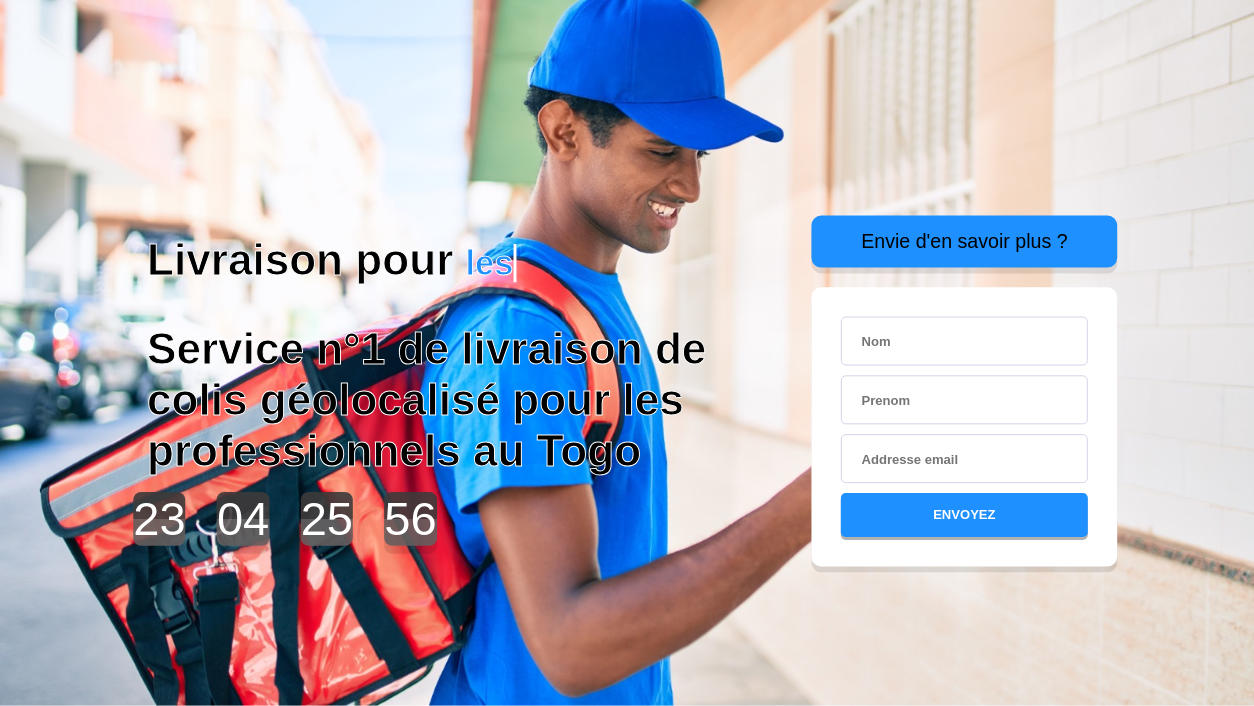
Repository: lawalalao/landpage
Page: index.html
The author's editor kept a copy of each file at every save. The page is drawn from the files as they stood at one save, then again after the next save.
The browser window is 1280 px wide. The pictures show the whole page, at 98% of full size.
Some web fonts or font styles are not loaded; a fallback is used.

Above is the page before, as saved 2021-01-14 17:57:20.
Console error: TypeError: Cannot read properties of null (reading 'addEventListener')

### index.html
<!DOCTYPE html>
<html lang="en">
<head>
    <meta charset="UTF-8">

    <meta name="viewport" content="width=device-width, initial-scale=1.0">
     <link rel="shortcut icon" type="image/x-icon" href="./assets/icone.png">
    <meta http-equiv="refresh" content="30">
    <link rel="preconnect" href="https://fonts.gstatic.com">
    <link href="https://fonts.googleapis.com/css2?family=Allerta+Stencil&display=swap" rel="stylesheet">
    <link rel="stylesheet" href="style.css">
    <title>chapchap</title>
     <meta name="description" content="Service n°1 de livraison de colis géolocalisé pour les professionnels au Togo.comingsoon">
</head>
<body>

        <div class="nav" id="navbar">
            <nav class="navbar navbar-light bg-light">
            <a class="navbar-brand" href="#">
                <img src="./assets/logo.png" width="90" height="90" alt="logo" loading="lazy">
            </a>
            </nav>
        </div>

    <section class="signup">
        <div class="signup-intro">
            <h1 class="z">Livraison pour
                <span class="txt-type" data-wait="500" data-words='["les colis", "les plis", "les marchandises", "le retail", "le dernier Kilometre"]'></span>
            </h1>
            <h1 class="x">Service n°1 de livraison de colis géolocalisé pour les professionnels au Togo</h1>
             <div class="countdown"></div>

        </div>

        <div class="signup-form">
            <div class="tryit-banner">
                <p>Envie d'en savoir plus ? </p>
            </div>

            <form action="https://formspree.io/f/xleollba" method="POST"">
                <input type="text" name="name" placeholder="Nom">
                <input type="text" name="name" placeholder="Prenom">
                <input type="email" name="_replyto"placeholder="Addresse email" required>

                <button class="button">Envoyez</button>

            </form>
        </div>
    </section>
</body>
<script src="./app.js"></script>
<script>  var prevScrollpos = window.pageYOffset;
      window.onscroll = function() {

      var currentScrollpos = window.pageYOffset;
      if(prevScrollpos > currentScrollpos) {
            document.getElementById("navbar").style.top = "0";
      } else {
            document.getElementById("navbar").style.top = "-400px";
      }

      prevScrollpos = currentScrollpos;

      }</script>
</html>

### style.css
body {
    font-family: 'Allerta Stencil',
    sans-serif;
    max-width: 310px;
    margin: 0 auto;
    padding: 20px 20px;
    background: url("./assets/image.jpeg") center no-repeat;
    background-repeat: no-repeat;
    background-size: cover;
    color: Black;
    text-align: center;
}
.nav {
    margin-top: 30px;
    position: fixed;
    z-index: 1000;
    top: 0;
    right: 30px;
    left: 40px;
    height: 35px;
    display: flex;
    flex-direction: row;
    justify-content: space-between;
    align-items: center;
    padding: 0 25px 0 25px;
    background-color: transparent;
    transition: top 0.3s;


}

.z{
    margin-top: 70px;
}
.nav a {
    float: left;
    font-size: 28px;
    font-weight: bold;
    margin-left: 25px;
    color: black;
    text-decoration: none;

}
.txt-type>.txt {
    font-size: 35px;
    color: #1E90FF;
    border-right: 0.2rem solid white;
}
h1{
     -webkit-text-stroke: 1px white;
     color:black;
}
p {
    font-size: 14px;
}

.tryit-banner {
    background-color:#1E90FF;
    border-radius: 10px;
    margin-top: 50px;
    box-shadow: 0px 6px 0px rgba(0, 0, 0, 0.1);
    font-size: 14px;
}

.tryit-banner p {
    padding: 15px 0;
}

input, button {
    font-family: 'Allerta Stencil',
    sans-serif;
}

form {
    background-color: #fff;
    margin-top: 20px;
    display: flex;
    flex-direction: column;
    padding: 20px;
    border-radius: 10px;
    box-shadow: 0px 6px 0px rgba(0, 0, 0, 0.1);
}

input {
    box-sizing: border-box;
    width: 100%;
    height: 50px;
    padding-left: 20px;
    font-weight: 600;
    border: 1px solid hsl(245, 35%, 87%);
    border-radius: 5px;
    margin-bottom: 10px;
    transition: 0.1s;
}

input:hover {
    border: 1px solid hsl(246, 25%, 77%);
}

.button {
    background-color:#1E90FF;
    font-family: 'Allerta Stencil',
    sans-serif;
    border: none;
    border-radius: 5px;
    box-shadow: 0px 3px 0px rgba(0, 0, 0, 0.3);
    padding: 15px 0;
    text-transform: uppercase;
    color: #fff;
    font-weight: 600;
    transition: 0.5s;
}

.button:hover {
    background-color:#042b52;
}

.form-disclaimer {
    color: hsl(246, 25%, 77%);
    font-size: 10px;
}

.terms {
    text-decoration: none;
    font-weight: 600;
    color: hsl(0, 100%, 74%);
}
 .countdown {

    display: flex;
    margin-left: -30px;

    font-size: 30px;
     font-weight: 200;

 }

 .countdown div {

     background: linear-gradient(to bottom,
             rgba(61, 58, 58, 0.9) 50%,
             rgba(99, 93, 93, 0.9) 0);


     color: white;

     margin: 1rem 1rem 3rem 1rem;
     font-size: 3rem;
     font-weight: 400;
     display: flex;
     justify-content: center;
     align-items: center;
     box-shadow: 0px 8px 0px rgba(0, 0, 0, 0.1);
     border-radius: 8px;

     position: relative;
 }

 .countdown div::before {
     content: "";
     position: absolute;

     height: 0.24rem;
     background-color: #17181b;
 }

 .countdown div::after {
     content: attr(data-content);
     font-size: 6rem;
     font-weight: 400;
     position: absolute;
     bottom: -6rem;
 }

 @media screen and (min-width: 480px) {
     .countdown {
         font-size: 25px;
         display: flex;

     }
     .navbar-brand img {
         margin-top: 10px;
     }
     .countdown div {
         display: flex;
         margin: 1rem 1rem 1rem 1rem;
         font-size: 2rem;
         flex-direction: column;
     }

     .countdown div::after {
         font-size: 2rem;
         display: flex;
         flex-direction: column;
         width: 60%;

     }
 }

 @media screen and (min-width: 768px) {
     .countdown {
         font-size: 56px;


     }

     .countdown {
         font-size: 25px;
         display: flex;

     }

     .countdown div {
         display: flex;
         margin: 1rem 1rem 1rem 1rem;
         font-size: 3rem;
         flex-direction: column;
     }

     .countdown div::after {
         font-size: 2.2rem;
         display: flex;
         flex-direction: column;
         width: 60%;

     }

     .signup {
         text-align: center;
     }
 }

 @media screen and (min-width: 1024px) {
     header .content .countdown {
         font-size: 72px;

     }
 }

 @media screen and (min-width: 1280px) {
     .content .countdown {
         font-size: 56px;
     }
 }
@media screen and (min-width: 900px) {
    .nav{
        height: 80px;
    }
    .nav a {
        float: left;
        font-size: 40px;
        font-weight: bold;
        margin-left: 25px;
        color: black;
        text-decoration: none;

    }
    .signup {
        display: flex;
        justify-content: space-between;
    }

    .signup-intro {
        margin-top: 25px;
        width: 100%;
        margin-left: 10px;
        display: flex;
        flex-direction: column;
        justify-content: center;
        text-align: left;
    }

    .signup-form {
        width: 46%;
        font-family: 'Allerta Stencil',
        sans-serif;
        margin-top: 30px;
    }

    form {
        padding: 30px;
    }

    body {
        margin:100px auto;
        max-width: 1000px;
        padding: 40px 20px;
        background: url("./assets/image.jpeg") ;
        background-repeat: no-repeat;
        background-size: cover;
        font-family: 'Allerta Stencil',
        sans-serif;
    }

    h1 {
        font-size:45px;
        margin-bottom: 0px;
        -webkit-text-stroke: 1px white;
        color:black;
    }

    p {
        font-size: 20px;
    }
}

### app.js
const countdown = document.querySelector(".countdown");

const interval = setInterval(() => {
  const deadline = new Date(2021,01, 05, 00, 00, 00);

  const current = new Date();

  const diff = deadline - current;

  const days = Math.floor(diff / (1000 * 60 * 60 * 24)) + "";
  const hours = Math.floor((diff / (1000 * 60 * 60)) % 24) + "";
  const minutes = Math.floor((diff / (1000 * 60)) % 60) + "";
  const seconds = Math.floor((diff / 1000) % 60) + "";

  countdown.innerHTML = `
    <div data-content="">${days.length === 1 ? `0${days}` : days}</div>
    <div data-content="">${hours.length === 1 ? `0${hours}` : hours}</div>
    <div data-content="">${
      minutes.length === 1 ? `0${minutes}` : minutes
    }</div>
    <div data-content="">${
      seconds.length === 1 ? `0${seconds}` : seconds
    }</div>
`;

  if (diff < 0) {
    clearInterval(interval);
    countdown.innerHTML = "<h1>Here We Go!!!</h1>";
  }

  document.querySelector(".reset").addEventListener("click", () => {
    clearInterval(interval);

    const divs = document.querySelectorAll(".countdown div");

    divs.forEach((div) => {
      div.innerHTML = "00";
    });
  });
}, 1000);


// ES6 Class
class TypeWriter {
  constructor(txtElement, words, wait = 3000) {
    this.txtElement = txtElement;
    this.words = words;
    this.txt = '';
    this.wordIndex = 0;
    this.wait = parseInt(wait, 10);
    this.type();
    this.isDeleting = false;
  }

  type() {
    // Current index of word
    const current = this.wordIndex % this.words.length;
    // Get full text of current word
    const fullTxt = this.words[current];

    // Check if deleting
    if(this.isDeleting) {
      // Remove char
      this.txt = fullTxt.substring(0, this.txt.length - 1);
    } else {
      // Add char
      this.txt = fullTxt.substring(0, this.txt.length + 1);
    }

    // Insert txt into element
    this.txtElement.innerHTML = `<span class="txt">${this.txt}</span>`;

    // Initial Type Speed
    let typeSpeed = 300;

    if(this.isDeleting) {
      typeSpeed /= 2;
    }

    // If word is complete
    if(!this.isDeleting && this.txt === fullTxt) {
      // Make pause at end
      typeSpeed = this.wait;
      // Set delete to true
      this.isDeleting = true;
    } else if(this.isDeleting && this.txt === '') {
      this.isDeleting = false;
      // Move to next word
      this.wordIndex++;
      // Pause before start typing
      typeSpeed = 500;
    }

    setTimeout(() => this.type(), typeSpeed);
  }
}


// Init On DOM Load
document.addEventListener('DOMContentLoaded', init);

// Init App
function init() {
  const txtElement = document.querySelector('.txt-type');
  const words = JSON.parse(txtElement.getAttribute('data-words'));
  const wait = txtElement.getAttribute('data-wait');
  // Init TypeWriter
  new TypeWriter(txtElement, words, wait);
}

After the next save:
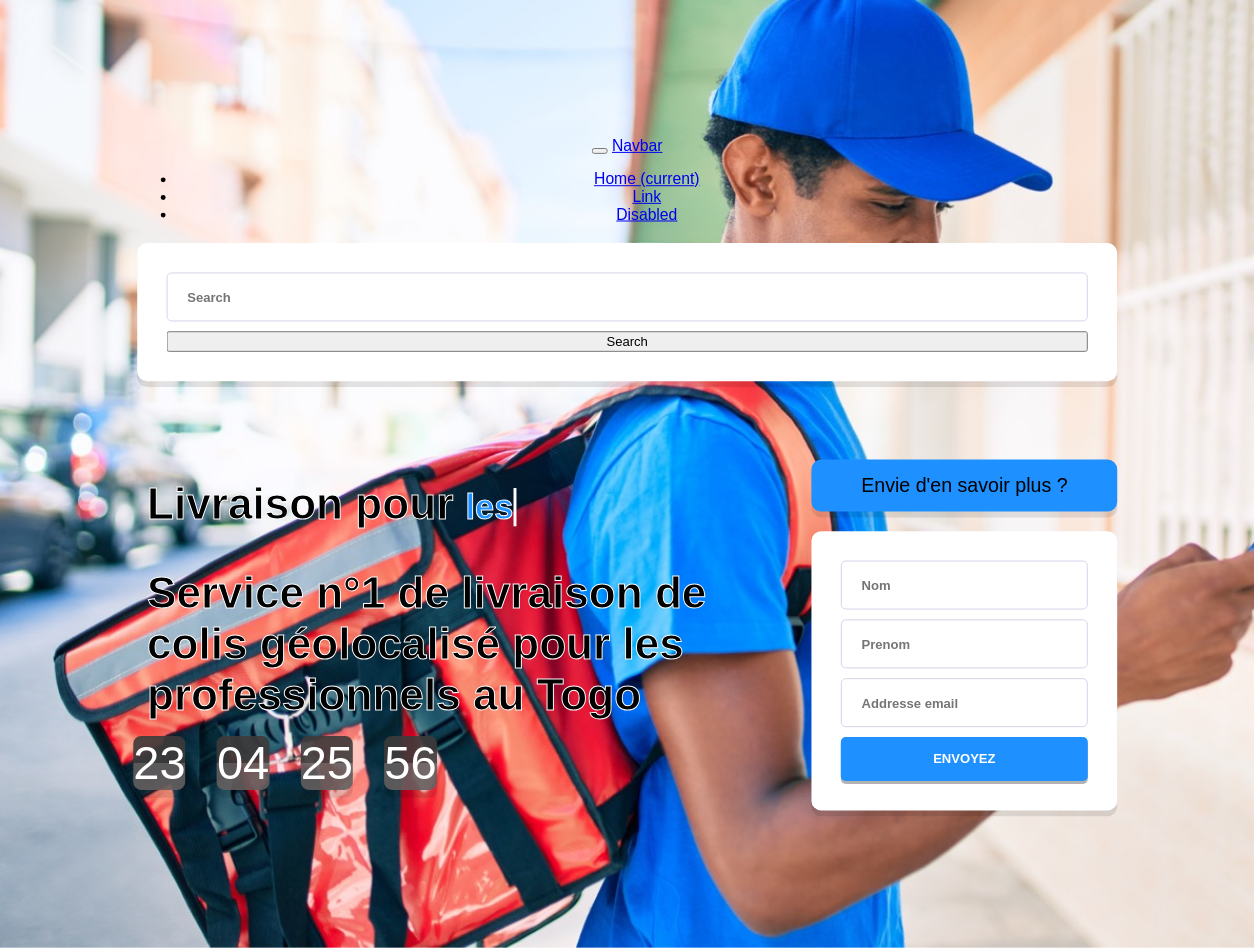
Saved 117 s later.
--- a/index.html
+++ b/index.html
@@ -13,7 +13,30 @@
      <meta name="description" content="Service n°1 de livraison de colis géolocalisé pour les professionnels au Togo.comingsoon">
 </head>
 <body>
+        <nav class="navbar navbar-expand-lg navbar-light bg-light">
+  <button class="navbar-toggler" type="button" data-toggle="collapse" data-target="#navbarTogglerDemo03" aria-controls="navbarTogglerDemo03" aria-expanded="false" aria-label="Toggle navigation">
+    <span class="navbar-toggler-icon"></span>
+  </button>
+  <a class="navbar-brand" href="#">Navbar</a>
 
+  <div class="collapse navbar-collapse" id="navbarTogglerDemo03">
+    <ul class="navbar-nav mr-auto mt-2 mt-lg-0">
+      <li class="nav-item active">
+        <a class="nav-link" href="#">Home <span class="sr-only">(current)</span></a>
+      </li>
+      <li class="nav-item">
+        <a class="nav-link" href="#">Link</a>
+      </li>
+      <li class="nav-item">
+        <a class="nav-link disabled" href="#" tabindex="-1" aria-disabled="true">Disabled</a>
+      </li>
+    </ul>
+    <form class="form-inline my-2 my-lg-0">
+      <input class="form-control mr-sm-2" type="search" placeholder="Search" aria-label="Search">
+      <button class="btn btn-outline-success my-2 my-sm-0" type="submit">Search</button>
+    </form>
+  </div>
+</nav>
         <div class="nav" id="navbar">
             <nav class="navbar navbar-light bg-light">
             <a class="navbar-brand" href="#">

After the save that followed:
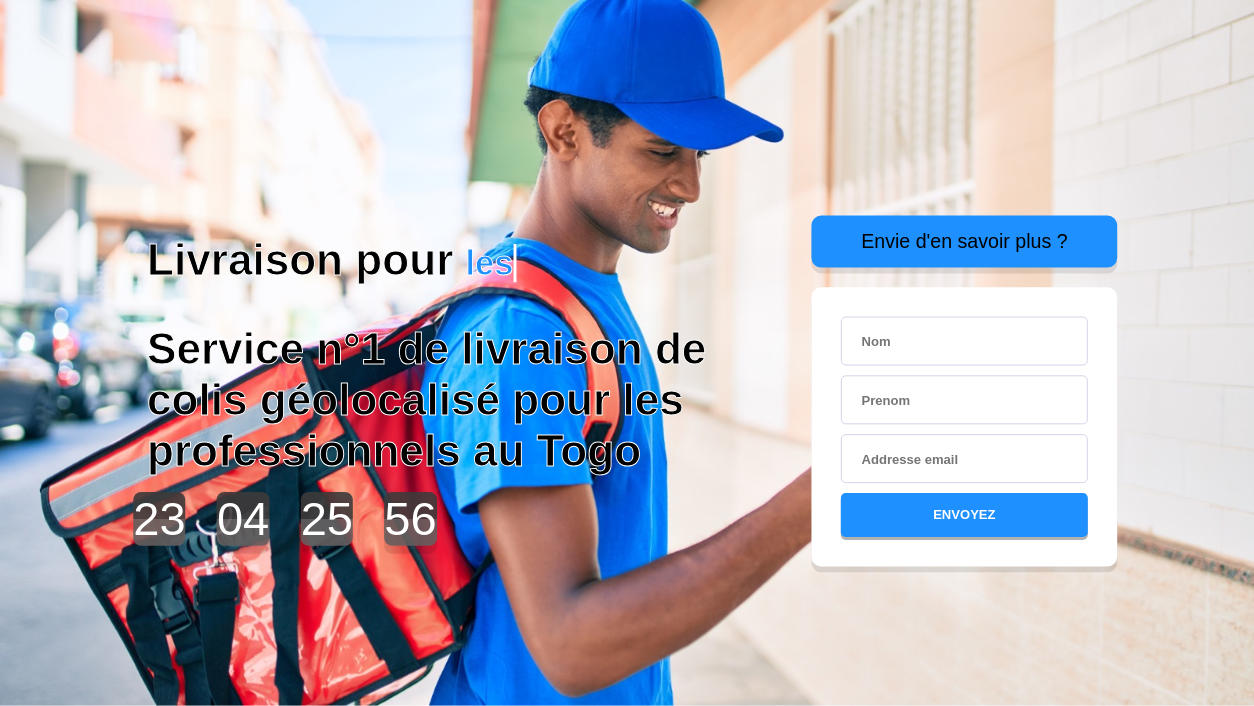
Saved 83 s later.
--- a/index.html
+++ b/index.html
@@ -13,30 +13,7 @@
      <meta name="description" content="Service n°1 de livraison de colis géolocalisé pour les professionnels au Togo.comingsoon">
 </head>
 <body>
-        <nav class="navbar navbar-expand-lg navbar-light bg-light">
-  <button class="navbar-toggler" type="button" data-toggle="collapse" data-target="#navbarTogglerDemo03" aria-controls="navbarTogglerDemo03" aria-expanded="false" aria-label="Toggle navigation">
-    <span class="navbar-toggler-icon"></span>
-  </button>
-  <a class="navbar-brand" href="#">Navbar</a>
 
-  <div class="collapse navbar-collapse" id="navbarTogglerDemo03">
-    <ul class="navbar-nav mr-auto mt-2 mt-lg-0">
-      <li class="nav-item active">
-        <a class="nav-link" href="#">Home <span class="sr-only">(current)</span></a>
-      </li>
-      <li class="nav-item">
-        <a class="nav-link" href="#">Link</a>
-      </li>
-      <li class="nav-item">
-        <a class="nav-link disabled" href="#" tabindex="-1" aria-disabled="true">Disabled</a>
-      </li>
-    </ul>
-    <form class="form-inline my-2 my-lg-0">
-      <input class="form-control mr-sm-2" type="search" placeholder="Search" aria-label="Search">
-      <button class="btn btn-outline-success my-2 my-sm-0" type="submit">Search</button>
-    </form>
-  </div>
-</nav>
         <div class="nav" id="navbar">
             <nav class="navbar navbar-light bg-light">
             <a class="navbar-brand" href="#">
